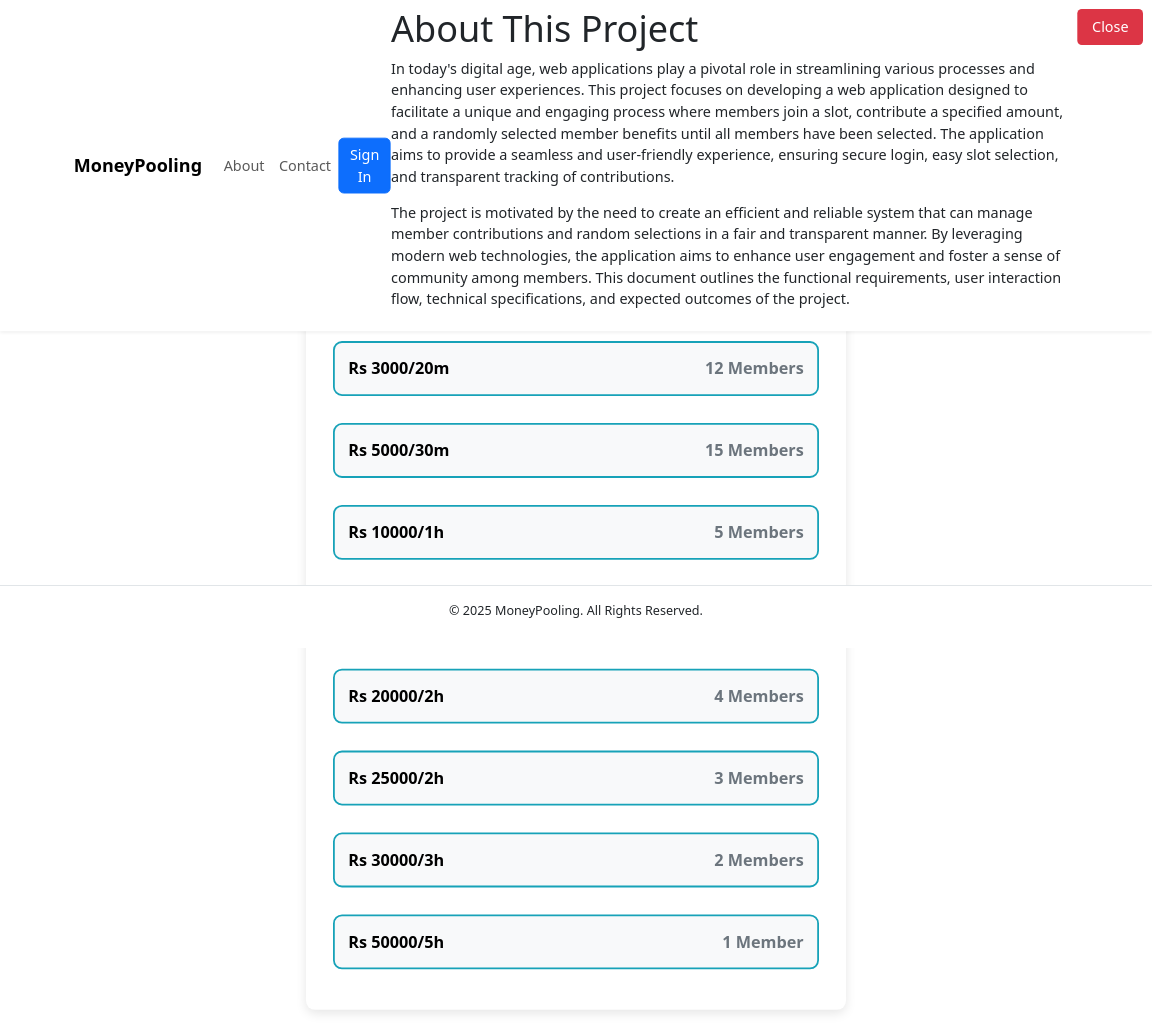
Repository: xxgautm420/MoneyPool
Page: templates/Index.html
An editor plug-in stored every save of this project. The page is shown before and after the next save, followed by the edit.
The browser window is 1280 px wide. The pictures show the whole page, at 90% of full size.
The page is served by the project's application, run on Flask 3 (app.py). The template is opened directly, without the code that normally fills it, so the values that code supplies are empty.

Above is the page before, as saved 2025-03-02 11:17:53.

After the next save:
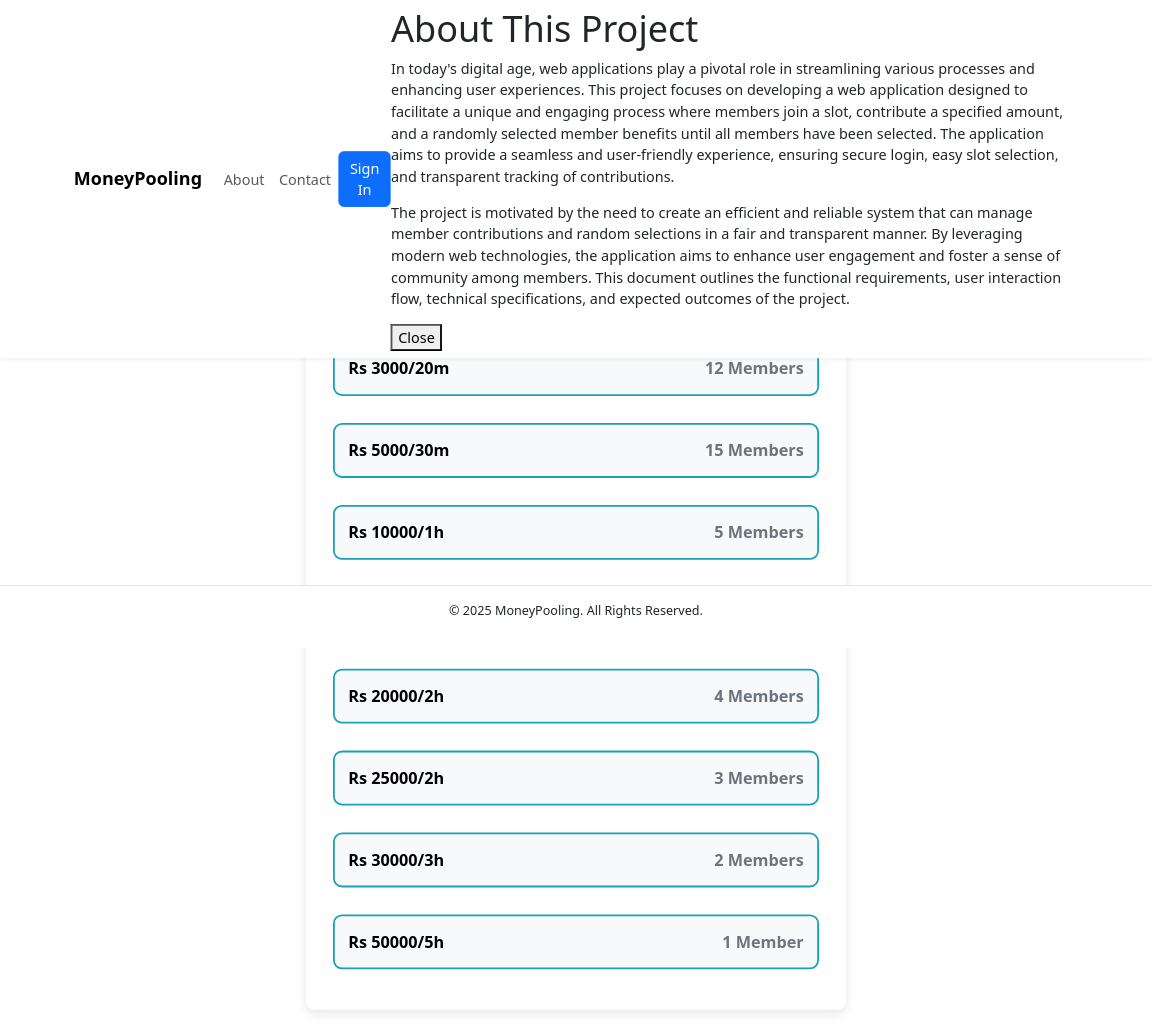
Saved 107 s later.
--- a/static/Css/style.css
+++ b/static/Css/style.css
@@ -107,22 +107,7 @@ body {
 }
 
 /* Close Button at Top Right */
-.close-button {
-    position: absolute;
-    top: 10px;
-    right: 10px;
-    background-color: #dc3545;
-    color: white;
-    border: none;
-    padding: 0.5em 1em;
-    border-radius: 5px;
-    cursor: pointer;
-    transition: background-color 0.3s;
-}
 
-.close-button:hover {
-    background-color: #c82333;
-}
 
 /* Join Pool Form (Similar to Login Form) */
 #joinPoolForm .login-box {
